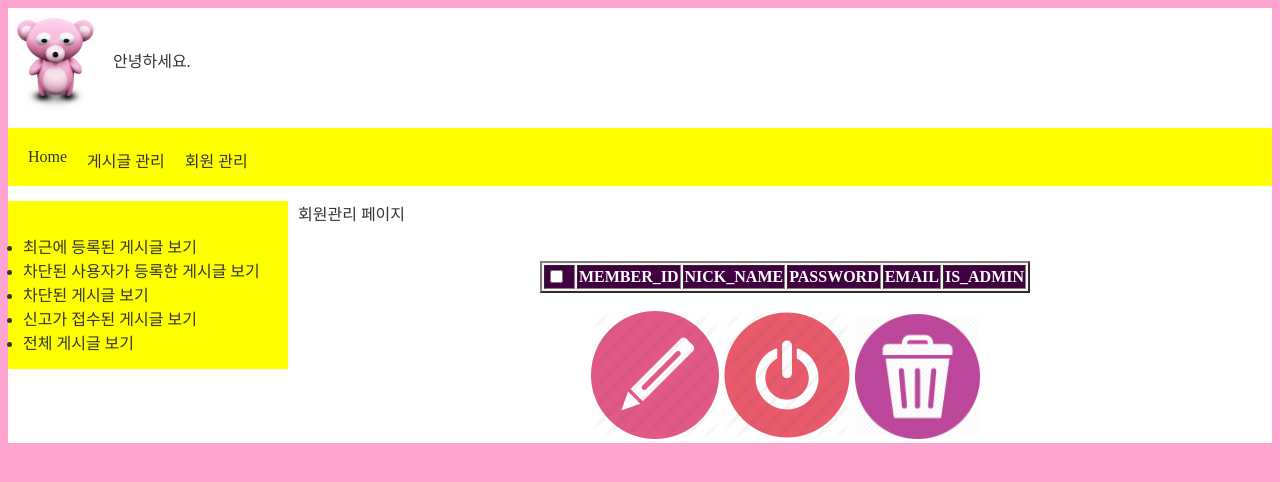
Repository: BaekJiGyeong/JSP_web
Page: http://localhost/Article-admin/WEB-INF/view/member/memberList.jsp
An editor plug-in stored every save of this project. The page is shown before and after the next save, followed by the edit.
The browser window is 1280 px wide. The pictures show the whole page.
The page is served by Tomcat 9. Nobody is signed in. Other server files are loaded and not shown. The template is opened directly, without the code that normally fills it, so the values that code supplies are empty.

Above is the page before, as saved 2016-03-15 08:19:24.

### Article-admin/WebContent/WEB-INF/view/member/memberList.jsp
<%@ page language="java" contentType="text/html; charset=UTF-8"
    pageEncoding="UTF-8"%>
<%@taglib prefix="c" uri="http://java.sun.com/jsp/jstl/core" %>
<jsp:include page="/WEB-INF/view/common/header.jsp"></jsp:include>
<jsp:include page="/WEB-INF/view/article/leftMenu.jsp"></jsp:include>

<script type="text/javascript">
	$(document).ready(function(){
		$("#massiveSelectCheckBox").click(function(){
			 var isChecked = $(this).prop("checked");
			 $(".deleteMemberId").prop("checked",isChecked);
		});


		$("#massiveDeleteBtn").click(function(){
			var isChecked = false;

			$(".deleteMemberId").each(function(index,data){

				if (data.checked ) {
					isChecked = data.checked
				}
			});

			 if (!isChecked){
			alert("삭제할 대상을 선택하세요");
			return;
		}
			if(confirm("정말 삭제하시겠습니까?")){
				var form=$("#massiveDeleteForm");
				form.attr("method", "POST");
				form.attr("action", "<c:url value="/massiveDelete"/>");
				form.submit();
			}
		});
	});
</script>

<body>
회원관리 페이지
<div id="members" align="center">

	<br/><br/>

	<table border="2" >
		<tr>
			<th><input type="checkbox" id="massiveSelectCheckBox"/></th>
			<th>MEMBER_ID</th>
			<th>NICK_NAME</th>
			<th>PASSWORD</th>
			<th>EMAIL</th>
			<th>IS_ADMIN</th>
		</tr>

	<form id="massiveDeleteForm">
	<c:forEach items="${ members }" var="members">
		<tr>
			<td>
				<input type="checkbox" class="deleteMemberId"
						name = "deleteMemberId"
						value ="${members.memberId }"/>
			</td>
			<td>${ members.memberId }</td>
			<td>${ members.nickName }</td>
			<td>${ members.password }</td>
			<td>${ members.email}</td>
			<td>${ members.isAdmin}</td>
	</tr>
	</c:forEach>
	</form>

	</table>
	<br/>


	<a href="<c:url value="/write"/>"><img src="<c:url value="/resource/img/write.png"/>" id="btnWrite" /></a>
	<a href="<c:url value="/logout"/>"><img src="<c:url value="/resource/img/exit.png"/>" id="btnExit" /></a>
	<img src="<c:url value="/resource/img/trashcan.png"/>" id="massiveDeleteBtn" width=125px height=125px; />


	</br>
</div>
</body>

### Article-admin/WebContent/WEB-INF/view/common/header.jsp
<%@ page language="java" contentType="text/html; charset=UTF-8"
    pageEncoding="UTF-8"%>
<%@ taglib prefix="c" uri="http://java.sun.com/jsp/jstl/core" %>
<!DOCTYPE html>
<html>
<head>
<meta http-equiv="Content-Type" content="text/html; charset=UTF-8">
<link rel="stylesheet" type="text/css" href="<c:url value="/resource/css/header.css"/>"/>
<link rel="stylesheet" type="text/css" href="<c:url value="/resource/css/login.css"/>"/>
<script type="text/javascript" src="<c:url value="/resource/js/jquery-1.12.1.js"/>"></script>


<title>관리자페이지</title>
</head>
<body>

	<div id="wrapper">

		<div id="header">


			<a href="<c:url value="/list"/>"><img src="<c:url value= "/resource/img/icon.png"/>"></a> <div>안녕하세요.</div>

		</div>
		<div class="clear"></div>
		<jsp:include page="/WEB-INF/view/common/topMenu.jsp"></jsp:include>
		<div class="clear"></div>

### Article-admin/WebContent/WEB-INF/view/common/topMenu.jsp
<%@ page language="java" contentType="text/html; charset=UTF-8"
    pageEncoding="UTF-8"%>

<%@ taglib prefix="c" uri="http://java.sun.com/jsp/jstl/core"%>

<script type="text/javascript">

$(document).ready(function(){

	$("#manageMember").click(function(){
		location.href = "<c:url value="/memberManage"/>";
	});

});
</script>

<div id="topNavi">
	<ul id="topMenu">
		<li>Home</li>
		<li>게시글 관리</li>
		<li id="manageMember">회원 관리</li>
	</ul>
</div>

### Article-admin/WebContent/WEB-INF/view/article/leftMenu.jsp
<%@ page language="java" contentType="text/html; charset=UTF-8"
    pageEncoding="UTF-8"%>
<div id="leftMenu">
	<ul>
		<li>최근에 등록된 게시글 보기</li>
		<li>차단된 사용자가 등록한 게시글 보기</li>
		<li>차단된 게시글 보기</li>
		<li>신고가 접수된 게시글 보기</li>
		<li>전체 게시글 보기</li>
	</ul>
</div>

### Article-admin/WebContent/resource/css/header.css
@CHARSET "UTF-8";

body, input, div, span, p, a, td, th, caption, lable, h1, h2, h3, h4, h5, h6, textarea, iframe, ul, al, li, dd, dt, b, u, i, strong, pre, code, address, city, header, aside{
	color:#333333;
	font-family: "나눔바른고딕", "나눔고딕", "돋움체";
	font-size: 12pt;

}

table {
	background-color: #fff0f8;

}


img {
	/* 이미지 주변의 파란 줄 제거 */
	border: none;
}


body {
	background-color: #ffa4d1;
}

input {
	margin-right: 10px;
}
th {
	background-color: #400040;
	color:#ffffff;
}

div#wrapper {
	width: 100%;
	background-color: #FFFFFF;
}

div#header img {
	width: 95px;
	height: 95px;
	float: left;
	margin-top :10px;
	margin-right: 10px;
}

div#header div {
	padding-top: 40px;
	float: left;
}

div#listcss {
	float:left;
	background-color: #ffa4d1;
	padding : 10px;
}
div#reply{
	width: 50%;
}
ul#topMenu li{
	margin-left:20px;
	float:left;
	cursor: pointer;
}
ul#topMenu li:FIRST-CHILD{
	margin-left:0px;

}

div#topNavi ul#topMenu{
	list-style:none;
	display: inline;
	margin-left: 30px;
}
div#topNavi{
	padding-left: 20px;
	padding-top: 20px;
	padding-bottom: 20px;
	margin-top: 15px;
	margin-bottom: 15px;
	background-color: #ffff00;
}
div#leftMenu{
	float:left;
	width: 250px;
	height: 100%;
	padding: 15px;
	margin-right: 10px;
	background-color: #ffff00;


}
div#leftMenu ul{
	list-syle : none;
	display: inline;
}
div#leftMenu ul ui{
	padding-top:5px;
	padding-bottom:5px;
}
div#leftMenu ul ui:FIRST-CHILD{
	padding-top:0px;
}
div.clear{
	clear: both;
}

### Article-admin/WebContent/resource/css/login.css
@CHARSET "UTF-8";


#btnLogin{
	height:40px;
	float:right;
	margin-right:10px;
}
#btnJoin{
	height:40px;
	float:right;
	margin-right:10px;

}


div#login {
	text-align:right;
}


div#login input{
	margin-bottom:10px;
	float:right;
}

Loaded but not shown: Article-admin/WebContent/resource/js/jquery-1.12.1.js (library)

After the next save:
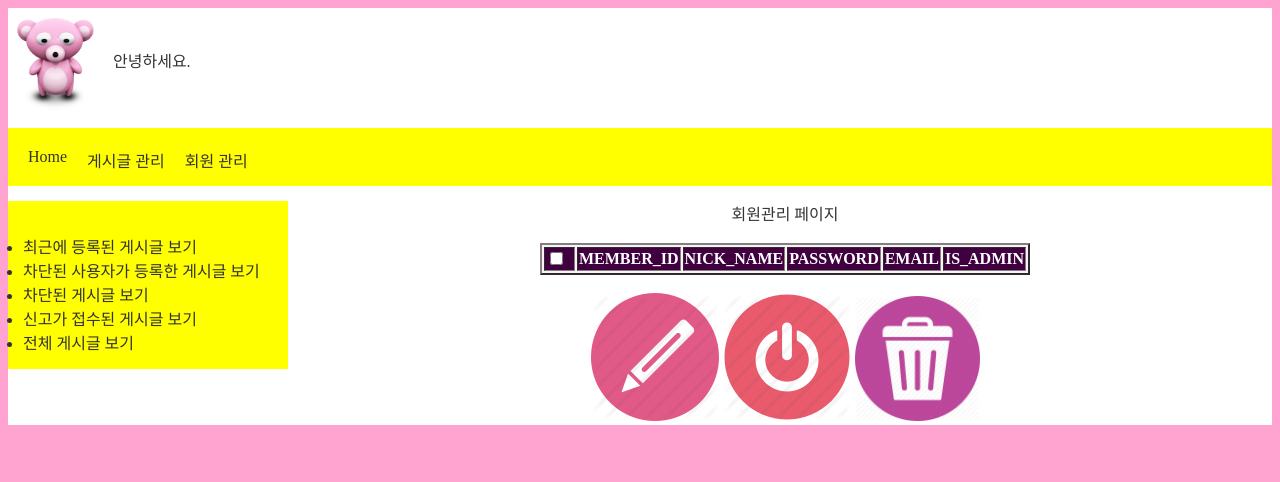
Saved 11 s later.
--- a/Article-admin/WebContent/WEB-INF/view/member/memberList.jsp
+++ b/Article-admin/WebContent/WEB-INF/view/member/memberList.jsp
@@ -37,9 +37,9 @@
 </script>
 
 <body>
-회원관리 페이지
+
 <div id="members" align="center">
-
+	회원관리 페이지
 	<br/><br/>
 
 	<table border="2" >
